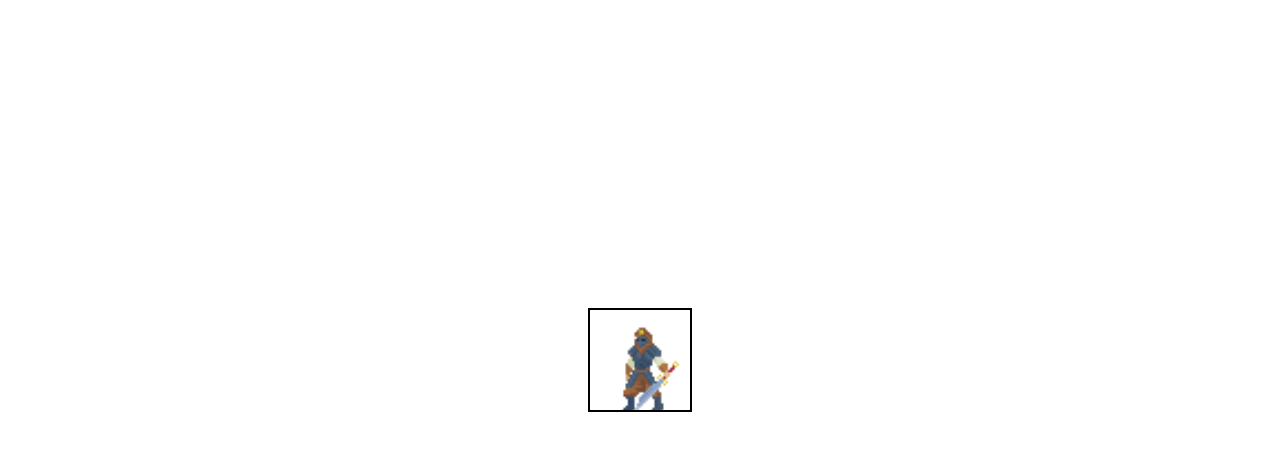
Repository: vasucp1207/sprite-animation
Page: bandits/index.html
These files come from the project's save history. The page is drawn as it stood at one moment and after a run of saves; the edit follows.
The browser window is 1280 px wide. The pictures show the whole page.

Above is the page before, as saved 2022-08-30 23:13:11.

After the next 2 saves:
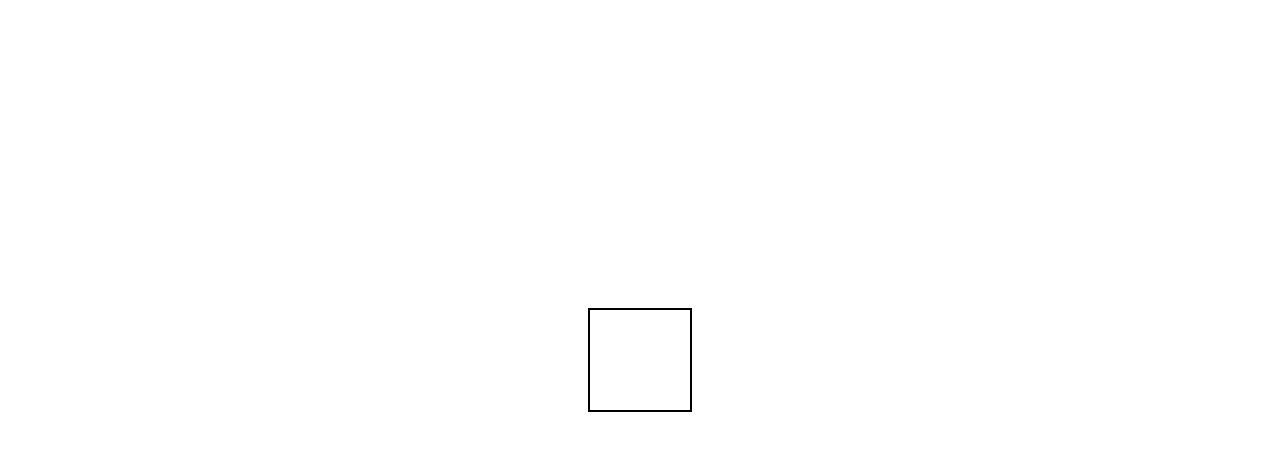
Console error: ReferenceError: cnt is not defined
The 2 saves are shown as one change because they came seconds apart.
The last was saved 55 s later.
--- a/bandits/script1.js
+++ b/bandits/script1.js
@@ -51,7 +51,7 @@
 function animate(){
 
     ctx.clearRect(0, 0, width, height)
-    let pos = Math.floor()
+    let pos = Math.floor(cnt / frameRate)
     startX = 1
     startY = 1
     ctx.drawImage(sprite, 0, 0, startX * 45, startY * 45, 0, 0, width, height)

After the save that followed:
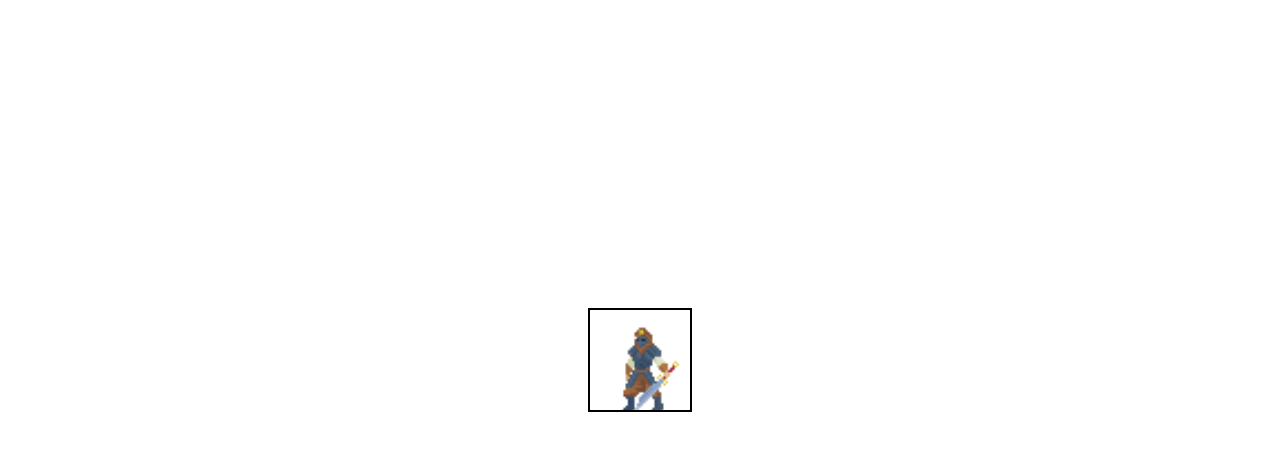
The error is gone.
Saved 5 s later.
--- a/bandits/script1.js
+++ b/bandits/script1.js
@@ -48,6 +48,7 @@
     animateSprite[states.name] = position
 })
 
+let cnt = 0
 function animate(){
 
     ctx.clearRect(0, 0, width, height)
